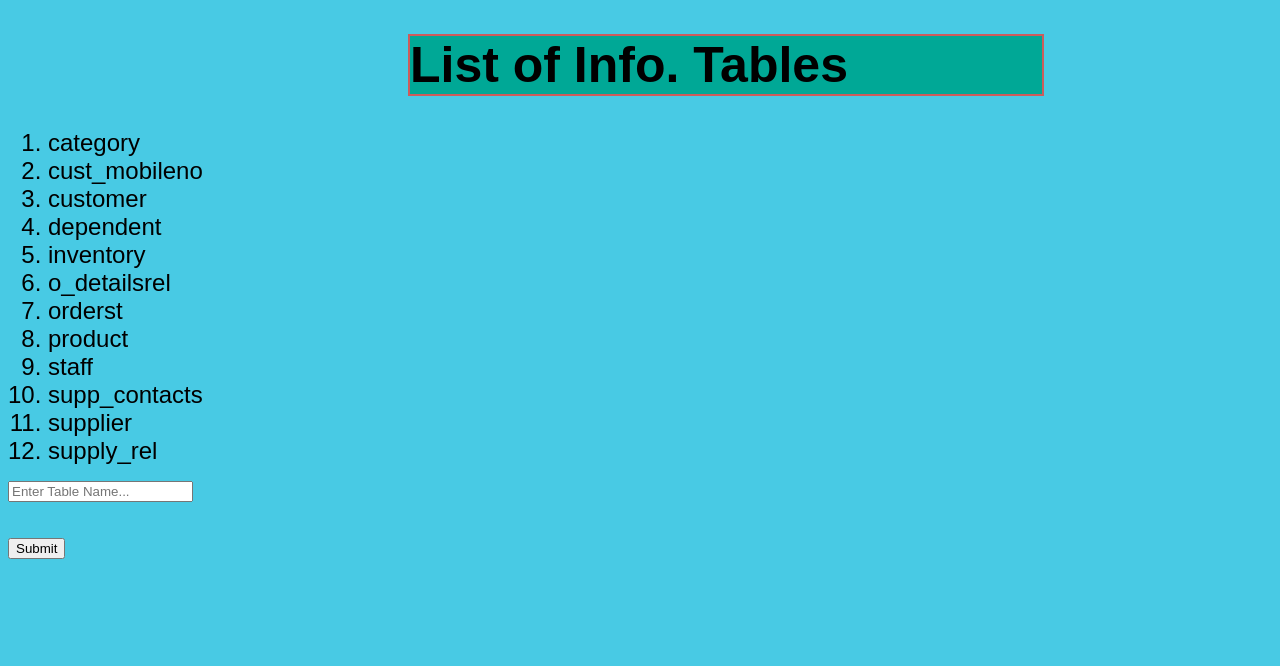
Repository: cyrusdwivedi2002/inventory-management-system
Page: DemoApp/src/main/webapp/view.html
These files come from the project's save history. The page is drawn as it stood at one moment and after the next save; the edit follows.
The browser window is 1280 px wide. The pictures show the whole page.
Some web fonts or font styles are not loaded; a fallback is used.

Above is the page before, as saved 2022-06-24 19:00:05.

### DemoApp/src/main/webapp/view.html
<!DOCTYPE html>
<html>
<head>
<meta charset="ISO-8859-1">
<link rel="preconnect" href="https://fonts.googleapis.com">
<link rel="preconnect" href="https://fonts.gstatic.com" crossorigin>
<link href="https://fonts.googleapis.com/css2?family=Anek+Latin:wght@500&family=Smooch&display=swap" rel="stylesheet">
<style>

body {
background-color: #48cae4;
font-family: 'Anek Latin', sans-serif;
}

h1{
color: black;
background-color:#00a896;
width: 50%;
margin-left:8em;
border: 2px solid indianred;
font-size:50px;
}

li{
font-size:x-large;
}
input{

}
input[type=text]:focus {
  border: 3px solid #555;
}

</style>
<title>Insert title here</title>
</head>
<body>
<form action = "./ViewTable" method = "post">
	 <h1>List of Info. Tables</h1>
	 <ol>
  <li>category</li>
  <li>cust_mobileno</li>
  <li>customer</li>
  <li>dependent</li>
  <li>inventory</li>
  <li>o_detailsrel</li>
  <li>orderst</li>
  <li>product</li>
  <li>staff</li>
  <li>supp_contacts</li>
  <li>supplier</li>
  <li>supply_rel</li>

	</ol>
	 <input type="text" name="table_name" placeholder="Enter Table Name..."/>
	 <br/><br/><br/>
	  <input type="submit"/>

</form>


</body>
</html>

After the next save:
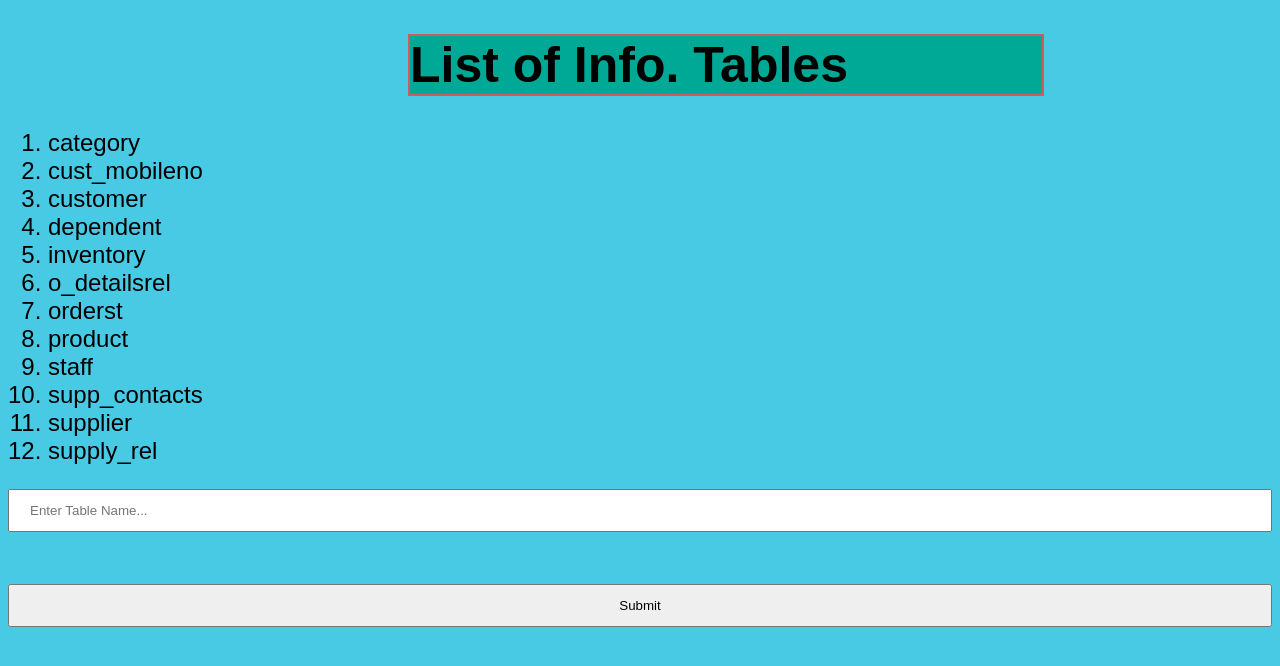
Saved 43 s later.
--- a/DemoApp/src/main/webapp/view.html
+++ b/DemoApp/src/main/webapp/view.html
@@ -25,7 +25,10 @@ li{
 font-size:x-large;
 }
 input{
-
+  width: 100%;
+  padding: 12px 20px;
+  margin: 8px 0;
+  box-sizing: border-box;
 }
 input[type=text]:focus {
   border: 3px solid #555;
